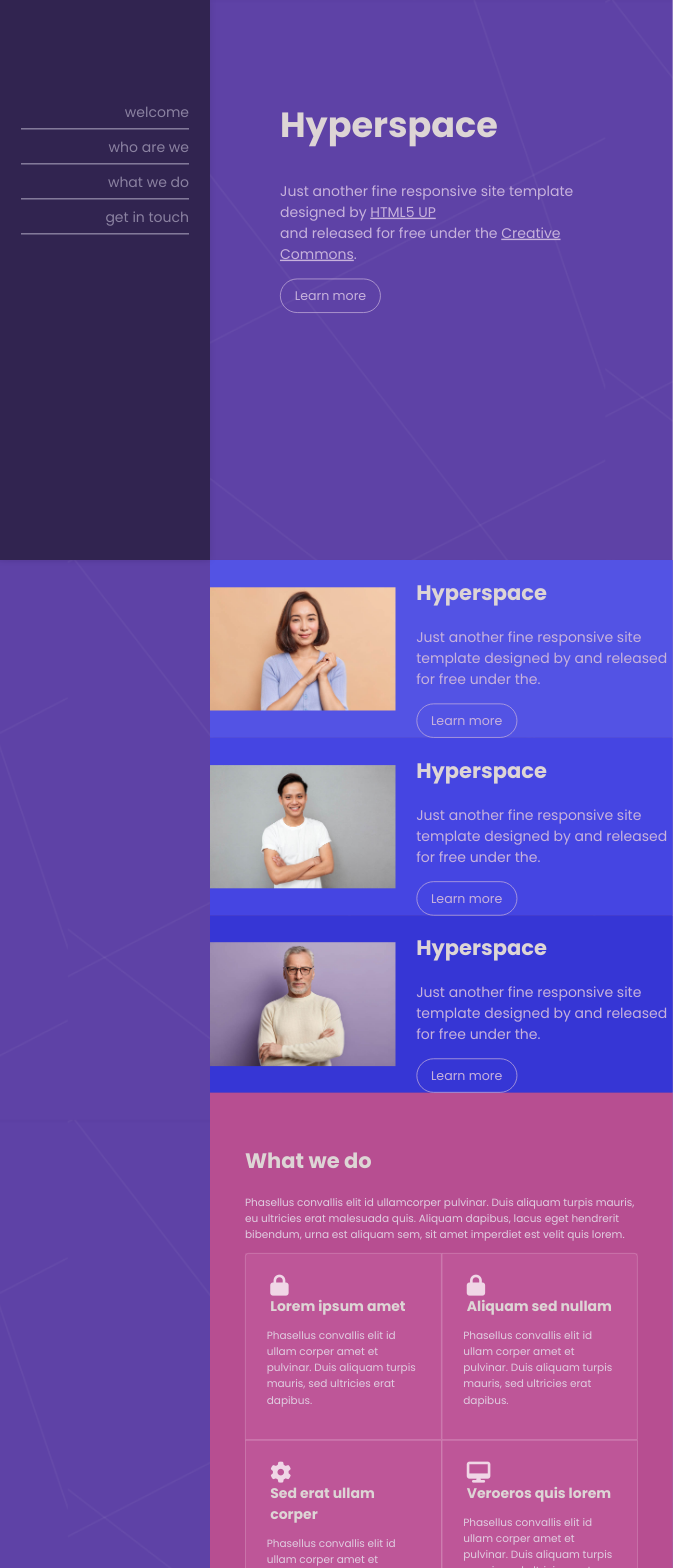
Repository: zai31/KIMIT_Tasks
Page: JsSession8/index.html
These files come from the project's save history. The page is drawn as it stood at one moment and after the next save; the edit follows.
The browser window is 768 px wide. The page is 961 px wide, then 909 px, so the pictures cover 961 px, including what lies to the right of the window. The pictures show the part of the page from y = 0 to 2240 px (the page is 3701 px tall before and 4439 px after), at 70% of full size.
Backgrounds fixed to the window are drawn as part of the page.

Above is the page before, as saved 2025-09-16 17:00:56.

### JsSession8/index.html
<!DOCTYPE html>
<html lang="en">
<head>
    <meta charset="UTF-8">
    <meta name="viewport" content="width=device-width, initial-scale=1.0">
    <link rel="stylesheet" href="./css/style.css">
	<link href="https://cdnjs.cloudflare.com/ajax/libs/font-awesome/6.5.2/css/all.min.css" rel="stylesheet">

    <title>Responsive</title>
</head>

<body>
    <section  class="flex-section">
        <div class="menu">
        <ul>
            <li><a href="#">welcome</a></li>
            <li><a href="#">who are we</a></li>
            <li><a href="#">what we do</a></li>
            <li><a href="#">get in touch</a></li>
        </ul>
</div>
<div class="section">
    <div class="content">
      <div class="intro">
							<h1>Hyperspace</h1>
							<p>Just another fine responsive site template designed by <a href="https://html5up.net">HTML5 UP</a><br>
							and released for free under the <a href="https://html5up.net/license">Creative Commons</a>.</p>
							<button>Learn more</button>

						</div>
    <div class="overview">
        <div class="s" style="background-color: rgb(83, 83, 228);">
           <img src="./images/1.jpg" alt="">

							<div ><h1>Hyperspace</h1>
                                <p>Just another fine responsive site template designed by
							and released for free under the.</p>
							<button>Learn more</button></div>
        </div>
        <div class="s" style="background-color: rgb(69, 69, 226);">
            <img src="./images/2.jpg" alt="">
							<div >
                                           	<h1>Hyperspace</h1>
<p>Just another fine responsive site template designed by
							and released for free under the.</p>
							<button>Learn more</button></div>
        </div>
        <div class="s" style="background-color: rgb(54, 54, 213);">
            <img src="./images/3.jpg" alt="">
							<div >
                                           	<h1>Hyperspace</h1>
<p>Just another fine responsive site template designed by
							and released for free under the.</p>
							<button>Learn more</button></div>
        </div>
    <div class="what">
							<h2 style="font-size: 30px;">What we do</h2>
							<p>Phasellus convallis elit id ullamcorper pulvinar. Duis aliquam turpis mauris, eu ultricies erat malesuada quis. Aliquam dapibus, lacus eget hendrerit bibendum, urna est aliquam sem, sit amet imperdiet est velit quis lorem.</p>
							<div class="features">
								<section style="border-radius:5px 0px 0px 0 ;">
									<span style="color: rgba(255, 255, 255, 0.759); font-size: 30px;" class="fa-solid fa-lock"></span>
									<h3 >Lorem ipsum amet</h3>
									<p>Phasellus convallis elit id ullam corper amet et pulvinar. Duis aliquam turpis mauris, sed ultricies erat dapibus.</p>
								</section>
								<section style="border-radius:0 5px 0px 0 ;">
									<span style="color: rgba(255, 255, 255, 0.759); font-size: 30px;" class="fa-solid fa-lock"></span>
									<h3>Aliquam sed nullam</h3>
									<p>Phasellus convallis elit id ullam corper amet et pulvinar. Duis aliquam turpis mauris, sed ultricies erat dapibus.</p>
								</section>
								<section>
									<span style="color: rgba(255, 255, 255, 0.759); font-size: 30px;" class="fa-solid  fa-cog"></span>
									<h3>Sed erat ullam corper</h3>
									<p>Phasellus convallis elit id ullam corper amet et pulvinar. Duis aliquam turpis mauris, sed ultricies erat dapibus.</p>
								</section>
								<section>
									<span style="color: rgba(255, 255, 255, 0.759); font-size: 30px;" class="fa-solid fa-desktop"></span>
									<h3>Veroeros quis lorem</h3>
									<p>Phasellus convallis elit id ullam corper amet et pulvinar. Duis aliquam turpis mauris, sed ultricies erat dapibus.</p>
								</section>
								<section style="border-radius:0 0px 0px 5px  ;">
									<span class="fa-solid fa-link" style="color: rgba(255, 255, 255, 0.759); font-size: 30px;"></span>
									<h3>Urna quis bibendum</h3>
									<p>Phasellus convallis elit id ullam corper amet et pulvinar. Duis aliquam turpis mauris, sed ultricies erat dapibus.</p>
								</section>
								<section style="border-radius:0 0px 5px 0 ;">
									<span class="fa-solid fa-gem" style="color: rgba(255, 255, 255, 0.759); font-size: 30px;" ></span>
									<h3>Aliquam urna dapibus</h3>
									<p>Phasellus convallis elit id ullam corper amet et pulvinar. Duis aliquam turpis mauris, sed ultricies erat dapibus.</p>
								</section>
							</div>
							<ul class="actions">
								<li style="list-style: none;"><a href="generic.html" class="button" style="text-decoration: none; color: thistle;">Learn more</a></li>
							</ul>

    </div>
                        </div>
	<div class="form">
		<h2 style="font-size: 30px;">Get in touch</h2>
							<p>Phasellus convallis elit id ullamcorper pulvinar. Duis aliquam turpis mauris, eu ultricies erat malesuada quis. Aliquam dapibus, lacus eget hendrerit bibendum, urna est aliquam sem, sit amet imperdiet est velit quis lorem.</p>
							<div class="formS"><form action="">
								<div class="fields">

								<div class="row">

									<div class="field">
										<label for="name">Name</label>
										<input type="text" name="name" id="name" />
									</div>
									<div class="field">
										<label for="email">Email</label>
										<input type="email" name="email" id="email" />
									</div></div>
									<div class="field">
										<label for="message">Message</label>
										<textarea name="message" id="message" rows="3"></textarea>
									</div>
								</div>
								<ul style="list-style: none;padding: 0px;" class="actions">
									<li><input type="submit" value="Send" /></li>
								</ul>
							</form>
							<div class="line"></div>
							<section>
								<ul style="list-style: none;" class="contact">
										<li>
											<h3>Address</h3>
											<span>12345 Somewhere Road #654<br>
											Nashville, TN 00000-0000<br>
											USA</span>
										</li>
										<li>
											<h3>Email</h3>
											<a href="#">user@untitled.tld</a>
										</li>
										<li>
											<h3>Phone</h3>
											<span>(000) 000-0000</span>
										</li>
										<li>
											<h3>Social</h3>
											<ul style="list-style: none; display: flex; padding: 0px;gap: 10px;" class="icons">
												<li><a href="#" class="fa-brands fa-twitter"><span class="label"></span></a></li>
												<li><a href="#" class="fa-brands fa-facebook"><span class="label"></span></a></li>
												<li><a href="#" class="fa-brands fa-github"><span class="label"></span></a></li>
												<li><a href="#" class="fa-brands fa-instagram"><span class="label"></span></a></li>
												<li><a href="#" class="fa-brands fa-linkedin-in"><span class="label"></span></a></li>
											</ul>
										</li>
									</ul>
							</section>

							</div>
	</div>
	<div class="footer">
					<ul style="list-style: none;color: rgba(240, 248, 255, 0.3);display:flex;gap: 10px;">
						<li >© Untitled. All rights reserved.</li>
						<li style="width: 1px; background-color: rgba(255, 255, 255, 0.253);height:16px;margin: auto 0;"></li>
						<li>Images: <a style="text-decoration: none;color: rgba(255, 255, 255, 0.253);" href="http://unsplash.com">Unsplash</a></li>
						<li style="width: 1px; background-color: rgba(255, 255, 255, 0.253);height:16px;margin: auto 0;"></li>

						<li>Design: <a  style="text-decoration: none;color: rgba(255, 255, 255, 0.253);"href="https://html5up.net">HTML5 UP</a></li>
					</ul>
				</div>
							</div>
                        </div>

                    </section>
</body>
</html>

### JsSession8/CSS/style.css
@import url("https://fonts.googleapis.com/css2?family=Poppins:ital,wght@0,100;0,200;0,300;0,400;0,500;0,600;0,700;0,800;0,900;1,100;1,200;1,300;1,400;1,500;1,600;1,700;1,800;1,900&display=swap");

* {
    box-sizing: border-box;
    font-family: "Poppins", sans-serif;
}

:root {
    --sidebar-color: #312450;
    --primary-color: #5e42a6;
    --secondary-color: #b74e91;
    --section-bg-color: #c7b2dc;
    --dark-color: #000000;
    --navbar-bg-color: #273053;
    --p-color: #717275;
    --highlight-icon-color: #ff0100;
    --main-transition: 0.5s all ease-in-out;
}


html,
body {
    height: 100%;
    margin: 0;
    padding: 0;
}

.flex-section {
    display: flex;
    flex-direction: row;

}

/*side bar*/
.flex-section .menu {
    min-height: 100vh;
    /* ensures sidebar spans at least the full screen */
    height: auto;
    /* lets it grow with content */
    width: 300px;
    top: 0;
    left: 0;
    position: fixed;
    background-color: var(--sidebar-color);
    padding: 145px 30px;
    box-shadow: 0 0 10px rgba(0, 0, 0, 0.1);
}



.flex-section .menu ul {
    list-style: none;
    padding: 0;
    margin: 0;
    text-align: right;
}

.flex-section .menu ul li {
    margin-bottom: 10px;
    font-size: 20px;
    position: relative;
    /* needed for ::after positioning */
    padding-bottom: 10px;
}

.flex-section .menu ul li a {
    text-decoration: none;
    color: #8b82a1;

}

.flex-section .menu ul li::after {
    content: "";
    position: absolute;
    left: 0;
    bottom: 0;
    width: 100%;
    /* stick to the bottom */
    height: 2px;
    background-color: #8b82a1;
    /* thickness of underline */
    transition: width 0.3s ease;
}

/*use js*/
.flex-section .menu ul li a:hover::after {
    width: 100%;
    /* expand underline on hover */
}


.flex-section .menu ul li a:hover {
    color: #b5b8bf;
}

.flex-section .menu ul li a:active {
    color: #5e42a6;
}

.flex-section .menu ul li a:active::after {
    background: linear-gradient(to right, #4b0082, #8b00ff, #981196);
}






/*content first section */
.flex-section .section {
    flex: 1;
    background-color: var(--section-bg-color);
    background-attachment: fixed;
    background-image: url("../assets/css/images/Screenshot\ 2025-09-15\ 075920.png");
    background-position: top right;
    background-repeat: no-repeat;
    background-size: 100% 100%;
    padding-left: 300px;
}

.flex-section .section .content {
    display: flex;
    flex-direction: column;
    width: 100%;
}

.flex-section .section .content .intro {
    padding: 100px;
    width: 100%;
    height: 100vh;
}

.flex-section .section .content .intro h1 {
    color: rgb(221, 213, 213);
    font-size: 50px;
}

.flex-section .section .content .intro p,
.flex-section .section .content .intro a {
    color: var(--section-bg-color);
    font-size: 20px;
}

.flex-section .section .content .intro a:hover {
    color: #fefefe;
    text-decoration: none;
}

.flex-section .section .content .intro button {
    color: var(--section-bg-color);
    background-color: transparent;
    border: 1px solid var(--section-bg-color);
    padding: 10px 20px;
    border-radius: 25px;
    cursor: pointer;
    text-decoration: none;
    font-size: 18px;
}

.flex-section .section .content .intro button:hover {
    background-color: #6f54b6;
}




/*content second section */

.flex-section .section .content .overview .s {
    display: flex;
    flex-direction: row;
    align-items: center;
    gap: 30px;
}

.flex-section .section .content .overview .s h1 {
    color: rgb(221, 213, 213);
    font-size: 30px;
}

.flex-section .section .content .overview .s p {
    color: var(--section-bg-color);
    font-size: 20px;
}

.flex-section .section .content .overview .s button {
    color: var(--section-bg-color);
    background-color: transparent;
    border: 1px solid var(--section-bg-color);
    padding: 10px 20px;
    border-radius: 25px;
    cursor: pointer;
    text-decoration: none;
    font-size: 18px;
}

.flex-section .section .content .overview .s button:hover {
    background-color: rgb(77, 77, 246);
}

.flex-section .section .content .overview .s img {
    width: 40%;
}

/*what section*/

.flex-section .section .content .what {
    padding: 50px;
    width: 100%;
    background-color: var(--secondary-color);
}

.flex-section .section .content .what h3,
.flex-section .section .content .what h2 {
    color: rgb(221, 213, 213);
    font-size: 20px;
}
.flex-section .section .content .what p {
    color: #e0cee1;
    font-size: 15px;
}

.flex-section .section .content .what .features{
    display: flex;
    flex-direction: row;
    flex-wrap: wrap;
    background-color: #be5698;


}
.flex-section .section .content .what .features section {
 flex: 1 1 50%;     /* grow/shrink, ~half width with gap */
 border: 0.5px solid rgba(255, 255, 255, 0.248);
 box-sizing: border-box;
 padding: 30px;

}
.flex-section .section .content .what .actions {
   color: var(--section-bg-color);
    background-color: transparent;
    border: 1px solid var(--section-bg-color);
    padding: 10px 20px;
    border-radius: 25px;
    cursor: pointer;
    text-decoration: none;
    font-size: 18px;
    width: 150px;
}

 .what .actions:hover {
    background-color: rgb(212, 107, 177);
}
.features section span,
.features section h3 {
  display: inline-block;
  vertical-align: middle;
  margin: 0 5px;
}

/*form*/

.form {
    padding: 50px;
    width: 100%;
    background-color: var(--primary-color);

}
.form .formS
{
   display: flex;
   flex-direction: row;
}
.form h2 {
    color: rgba(221, 213, 213, 0.873);
    font-size: 30px;
}
.form p {
    color: #e0cee19d;
    font-size: 15px;
}
 .fields {
    display: flex;
    flex-direction: row;
    flex-wrap: wrap;
    width: 80%;
    border-radius: 10px;
    height: 80%;
    gap: 20px;
}

.field {
  display: flex;
  flex-direction: column;
  flex: 1; /* make name and email share equal width */
}
.field input, .field textarea{
    background-color: transparent;
    border: 1px solid #e0cee127;
    border-radius: 5px;
    cursor: pointer;
    text-decoration: none;
    font-size: 18px;
    color: #e0cee19d;
}
.field label {
    color: #e0cee19d;
    font-size: 17px;
}
.contact-info {
  flex: 1; /* right side column */
  color: #e0cee19d;
}

.form .fields .row {
    display: flex;
    flex-direction: row;
    flex-wrap: wrap;
    width: 100%;
    gap: 20px;}

    .field textarea
    {
        height: 200px;
    }
.line {
    width: 2px;
    background-color:#ffffff28; /* or border-left: 1px solid #e0cee127; */
    margin: 0 15px; /* spacing from form and contact info */
    align-self: stretch; /* makes it fill the full height of the flex container */
}
.formS .contact{
    width: 100%;
}
.formS .contact h3 {
    color: rgba(221, 213, 213, 0.873);
    font-size: 20px;
}
.formS .contact span {
    color: #e0cee19d;
    font-size: 15px;
}
.formS .actions input
{
    color: var(--section-bg-color);
    background-color: transparent;
    border: 1px solid var(--section-bg-color);
    padding: 10px 20px;
    border-radius: 25px;
    cursor: pointer;
    text-decoration: none;
    font-size: 16px;
    width: 140px;
    list-style: none;
}

.footer
{
    padding: 50px;
    width: 100%;
    height: 140px;
    background-color:#413167;
}

After the next save:
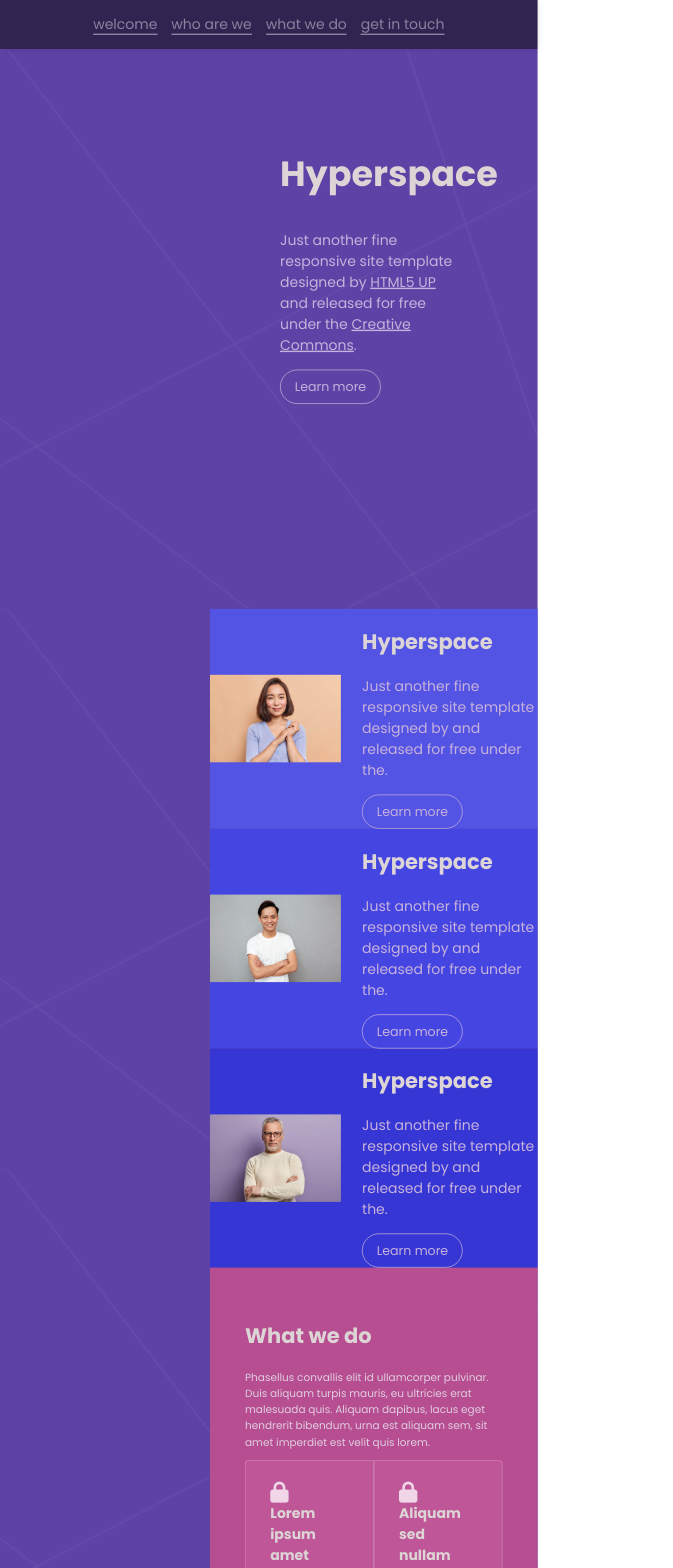
Saved 8 s later.
--- a/JsSession8/CSS/style.css
+++ b/JsSession8/CSS/style.css
@@ -101,7 +101,43 @@ body {
     background: linear-gradient(to right, #4b0082, #8b00ff, #981196);
 }
 
-
+/*****respponsive *****/
+@media screen and (max-width: 768px) {
+  .flex-section {
+    flex-direction: column; /* stack menu on top */
+  }
+
+  .flex-section .menu {
+    position: relative;   /* no longer fixed on side */
+    width: 100%;
+    height: auto;
+    min-height: auto;
+    padding: 20px;
+    display: flex;
+    justify-content: center;
+    align-items: center;
+  }
+
+  .flex-section .menu ul {
+    display: flex;
+    flex-direction: row;
+    justify-content: center;
+    gap: 20px;
+    text-align: center;
+    width: 100%;
+  }
+
+  .flex-section .menu ul li {
+    margin: 0;
+    padding: 0;
+  }
+
+  .flex-section .section {
+    padding-left: 0; /* remove left offset since sidebar is gone */
+  }
+
+
+}
 
 
 
